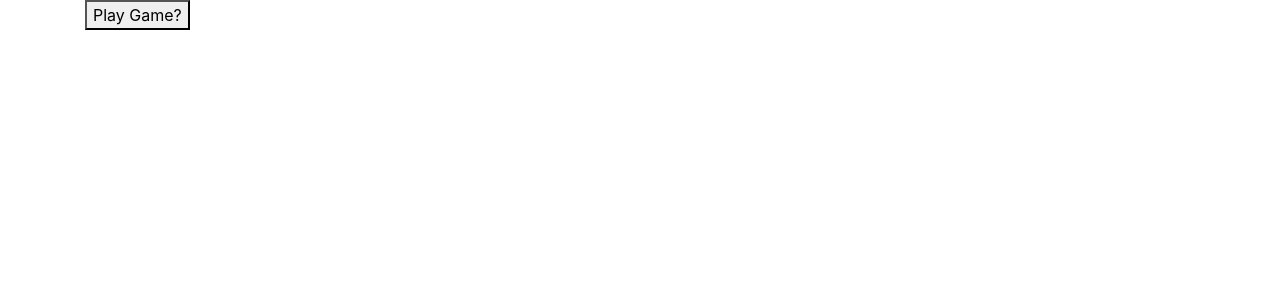
Repository: dsaftler/Trivia
Page: index.html
An editor plug-in stored every save of this project. The page is shown before and after the next save, followed by the edit.
The browser window is 1280 px wide. The pictures show the whole page.

Above is the page before, as saved 2019-04-12 19:10:06.

### index.html
<!DOCTYPE html>
<html lang="en">
<head>
  <meta charset="UTF-8">
  <meta name="viewport" content="width=device-width, initial-scale=1.0">
  <meta http-equiv="X-UA-Compatible" content="ie=edge">
  <link rel="stylesheet" href="https://stackpath.bootstrapcdn.com/bootstrap/4.3.1/css/bootstrap.min.css"
    integrity="sha384-ggOyR0iXCbMQv3Xipma34MD+dH/1fQ784/j6cY/iJTQUOhcWr7x9JvoRxT2MZw1T" crossorigin="anonymous">
  <!-- custom css -->
  <link rel="stylesheet" href="assets/css/style.css" type="text/css">

  <title>Trivia Game</title>
</head>
<body>
<div class="container">
  <div class="showTimer"><span id="timer"></span></div>
  <div class="showQuestion"><span id="question"></span></div>
  <div class="showAnswer"><span id="answer"></span></div>
  <div id="showWinsCnt"><span id="wins"></span></div>
  <div id="showLoseCnt"><span id="wrongs"></span></div>
  <div id="showMissCnt"><span id="misses"></span></div>
  <div class="answers" ><span id="answer0"></span></div>
  <div class="answers" ><span id="answer1"></span></div>
  <div class="answers" ><span id="answer2"></span></div>
  <div class="answers" ><span id="answer3"></span></div>
  <button id="newGame" onclick="initGame()">Play Game?</button>
  <button id="temp1" onclick="newQuestion()">Next Question?</button>
</div>

<!-- bootstrap scripts -->
<script src="https://code.jquery.com/jquery-3.3.1.slim.min.js"
  integrity="sha384-q8i/X+965DzO0rT7abK41JStQIAqVgRVzpbzo5smXKp4YfRvH+8abtTE1Pi6jizo" crossorigin="anonymous"></script>
<script src="https://cdnjs.cloudflare.com/ajax/libs/popper.js/1.14.7/umd/popper.min.js"
  integrity="sha384-UO2eT0CpHqdSJQ6hJty5KVphtPhzWj9WO1clHTMGa3JDZwrnQq4sF86dIHNDz0W1" crossorigin="anonymous"></script>
<script src="https://stackpath.bootstrapcdn.com/bootstrap/4.3.1/js/bootstrap.min.js"
  integrity="sha384-JjSmVgyd0p3pXB1rRibZUAYoIIy6OrQ6VrjIEaFf/nJGzIxFDsf4x0xIM+B07jRM" crossorigin="anonymous"></script>
<script src="assets/javascript/app.js"></script>


</body>
</html>

### assets/css/style.css
.showTimer
.showQuestion
.showAnswer
.showWinsCnt
.showLoseCnt
.answers

### assets/javascript/app.js
// Advanced game has a 30 second timer that counts down to 0 for each question
// If the timer is 0 OR  a wrong answer is chosen:
  // show the correct answer for 5 seconds
// display a new question
// restart the timer with no user interaction

// questions are contained in an array with question, array of answers, index of correct answer
// question shows in questionId
// "Correct"  or "Correct Answer" shows in answerId
// 4 possible answers show in 4 clickable buttons
// buttons have hover behavior
//  only one can be selected (by click)

// scores for Wins, Losses, and Unanswered are kept (correct, wrong, timer ==0)
// ask to play again in link
// click on play restarts the game without re-loading the page

var qArray = ["Est consectetur veniam consectetur magna laborum?",2,["answer 1","answer 2","answer 3","answer 4"],
  "Aliqua officia incididunt velit cillum officia labore Lorem officia?", 3, ["answer 1", "answer 2", "answer 3", "answer 4"], "Amet duis aute et exercitation?", 0, ["answer 1", "answer 2", "answer 3", "answer 4"]] ;
var wins, wrongs, misses, seconds;
var correctAnswerId;
var timer;
var isNewGame = true;
var timerRunning=false;

var States = {
  PREGAME: 1,
  PLAYING: 2,
  GAMEOVER: 3,
  YOUWON: 4
};
var GameState = States.PREGAME;

$("document").ready(function () {
  document.getElementById("temp1").style.display = "none";
  //qArray.forEach(function initGame(currentVal){
 //for (let i=0; i<qArray.length;i++){
  //  $(".answers").click(function () {
  //   var $target = $(this).attr("id")
  //   itarget = "answer" + "2"
  //   if (itarget===$target){
  //     //win
  //     stop();
  //     console.log("Win")
  //   }else{
  //     //lose
  //     stop();
  //     console.log("Lose")
  //   }


      //miss

  //  });
 // }
 });

function initGame() {
  // show game pieces: question, answers
  wins = 0;
  wrongs = 0;
  misses = 0;
  seconds = 30;
  GameState = States.PLAYING;

  showTime();
  newQuestion();
}


function newQuestion()
{
  document.getElementById("newGame").style.display = "none";

  $("#question").text("question");
  $("#answer0").text("answer 1");
  $("#answer1").text("answer 2");
  $("#answer2").text("answer 3");
  $("#answer3").text("answer 4");

  seconds = 30;
  showTime();
  timer = setInterval(tick, 1000);

}





function closeGame()
{
  $("#wins").text(wins);
  $("#wrongs").text(wrongs);
  $("#misses").text(misses);
  $("#newGame").show();
}


//  The decrement function.
function tick()
{
  //  Decrease number by one.

  seconds--;
  if (seconds < 0) {
    //  ...run the stop function.
    stopTimer()
    //  Alert the user that time is up.
    console.log("Miss");
    document.getElementById("temp1").style.display = "block";
    return;
  }
  showTime();

}

function stopTimer()
{
  clearInterval(timer);
}

//  Execute the run function.
function showTime()
{
 $("#timer").html("<h2>" + seconds + "</h2>");
 console.log(seconds);
}

function Misses(){
  misses++;
 // showMisses
}

After the next save:
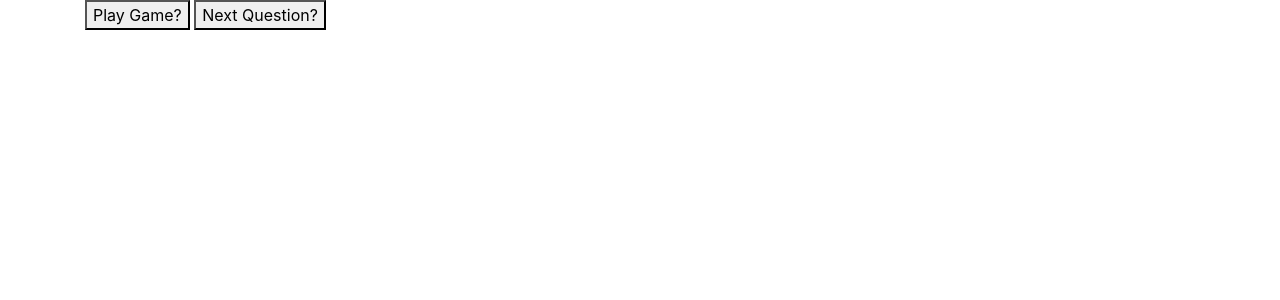
Saved 113 min 18 s later.
--- a/assets/javascript/app.js
+++ b/assets/javascript/app.js
@@ -32,7 +32,12 @@ var States = {
 var GameState = States.PREGAME;
 
 $("document").ready(function () {
-  document.getElementById("temp1").style.display = "none";
+  $(".answers").on("click", stop);
+  for (let i = 0; i < qArray.length; i++) {
+    $("#question").text = qArray[i].question;
+  }
+    //$("#answer0".text=qArray[i].ansArray[0];
+ // document.getElementById("temp1").style.display = "none";
   //qArray.forEach(function initGame(currentVal){
  //for (let i=0; i<qArray.length;i++){
   //  $(".answers").click(function () {
